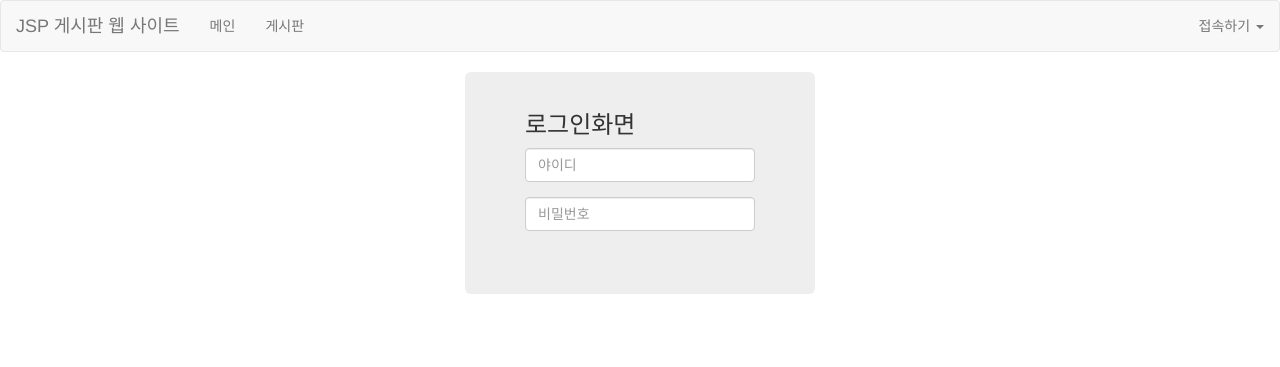
Repository: TheChok/BbsClone
Page: http://localhost/BBS/join.jsp
The author's editor kept a copy of each file at every save. The page is drawn from the files as they stood at one save, then again after the next save.
The browser window is 1280 px wide. The pictures show the whole page.
Some web libraries are served in a nearby version. The page is served by Tomcat 9.

Above is the page before, as saved 2023-09-20 12:00:33.

After the next save:
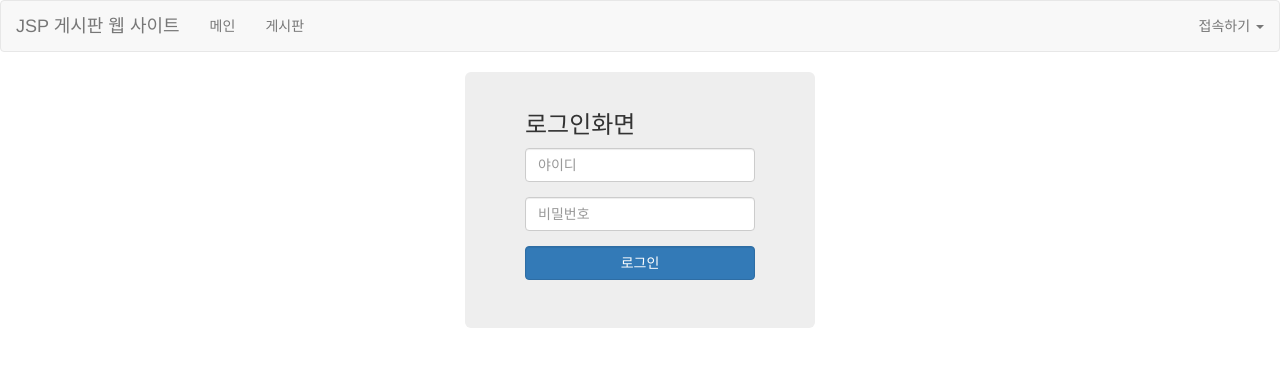
Saved 49 s later.
--- a/BBS/src/main/webapp/join.jsp
+++ b/BBS/src/main/webapp/join.jsp
@@ -62,6 +62,7 @@
 					<div class="form-group">
 						<input type="password" class="form-control" placeholder="비밀번호" name="userPassword" maxlength="20" />
 					</div>
+					<input type="submit" class="btn btn-primary form-control" value="로그인" />
 				</form>
 			</div>
 		</div>
